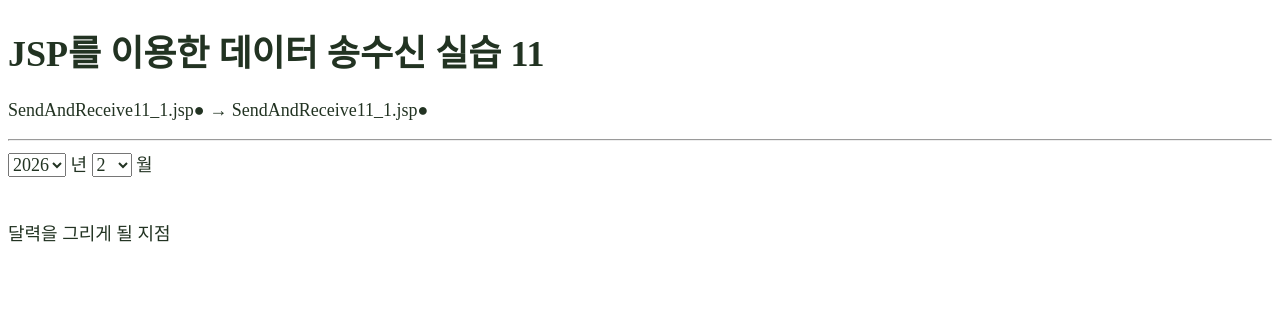
Repository: god5228god/Jsp
Page: http://localhost/WebApp06/SendAndReceive11_1.jsp
The author's editor kept a copy of each file at every save. The page is drawn from the files as they stood at one save, then again after the next save.
The browser window is 1280 px wide. The pictures show the whole page.
The page is served by Tomcat 9.

Above is the page before, as saved 2026-03-04 05:18:00.

### WebApp06/WebContent/SendAndReceive11_1.jsp
<%@ page import="java.util.Calendar" %>
<%@ page contentType="text/html; charset=UTF-8"%>
<%
	// 이전 페이지(SendAndReceive11_1.jsp)로부터 넘어온 데이터 수신
	//-- year, month

	String sYear = request.getParameter("year");
	String sMonth = request.getParameter("month");

	// Calendar 객체 생성
	//java.util.Calendar cal = java.util.Calendar.getInstance();
	Calendar cal = Calendar.getInstance();

	// 현재의 연, 월. 일 확인
	int nowYear = cal.get(Calendar.YEAR);			//-- 2026
	int nowMonth = cal.get(Calendar.MONTH) + 1 ; 	//-- 3
	int nowDay = cal.get(Calendar.DAY_OF_MONTH);	//-- 4

	// 표시할 달력의 연, 월 구성
	// → 페이지 최초 요청을 감안한 코드 처리
	int selectYear = nowYear;
	int selectMonth = nowMonth;

	// 페이지에 대한 요청이 최초 요청이 아닐 경우
	// → 선택한 값(이전 페이지로부터 수신한 값)을 활용한 달력의 연, 월 구성
	if(sYear != null || sMonth !=  null)
	{
		selectYear = Integer.parseInt(sYear);
		selectMonth = Integer.parseInt(sMonth);
	}

	// 테스트
	// out.print("<h1>selectYear: "+ selectYear + "</h1>");
	// out.print("<h1>selectMonth: "+ selectMonth + "</h1>");

	// 확인한 날짜로 연도 select option 구성
	//------------------------------------------------
 	// <option value="2016">2016</option>
	// <option value="2017">2017</option>
	// <option value="2018">2018</option>
	//
	// <option value="2026" selected="selected">2026</option>
	// 				:
	// <option value="2034">2034</option>
	// <option value="2035">2035</option>
	// <option value="2036">2036</option>
	//------------------------------------------------

	String yOption = "";
	for (int year=(selectYear-10); year<=(selectYear+10); year++)	// 2016 ~ 2036
	{
		// 관찰 ⓐ
		// yOption += "<option value='" +year +"'>"+year+"</option>";

		// 관찰 ⓑ
/* 		if(year==nowYear){
			yOption += "<option value='" +year +"' selected='selected'>"+year+"</option>";
		}else{
			yOption += "<option value='" +year +"'>"+year+"</option>";
		} */

		// 상황 1: 페이지 최초 요청일 때 → sYear는 null
		//		   현재의 연도와 옵션 값이 같을 때
		// ==> selected(○)

		// 상황 2: 페이지 최초 요청이 아닐 때 → sYear는 null이 아님
		//		   선택된 연도와 옵션 값이 같을 때
		// ==> selected(○)

		// 상황 3: 나머지
		// ==> selected(×)

		if(sYear==null && year==nowYear)
			yOption += "<option value='" +year +"' selected='selected'>"+year+"</option>";
		else if(sYear!=null && year==Integer.parseInt(sYear))
			yOption += "<option value='" +year +"' selected='selected'>"+year+"</option>";
		else
			yOption += "<option value='" +year +"'>"+year+"</option>";
	}
	// 확인한 날짜로 월 select option 구성
	//------------------------------------------------
 	// <option value="1">1</option>
	// <option value="2">2</option>
	// <option value="3" selected="selected">3</option>
	// 				:
	// <option value="10">10</option>
	// <option value="11">11</option>
	// <option value="12">12</option>
	//------------------------------------------------

	String mOption = "";
	for(int month = 1; month<=12; month++)
	{
		// 상황 1: 페이지 최초 요청일 때 → sMonth는 null
				//		   현재의 월과 옵션 값이 같을 때
				// ==> selected(○)

				// 상황 2: 페이지 최초 요청이 아닐 때 → sMonth는 null이 아님
				//		   선택된 월과 옵션 값이 같을 때
				// ==> selected(○)

				// 상황 3: 나머지
				// ==> selected(×)
		if(sMonth==null && month==nowMonth)
			mOption += "<option value='" +month +"' selected='selected'>"+month+"</option>";
		else if(sMonth!=null && month==Integer.parseInt(sMonth))
			mOption += "<option value='" +month +"' selected='selected'>"+month+"</option>";
		else
			mOption += "<option value='" +month +"'>"+month+"</option>";
	}

	// 그려야 할 달력의 1일이 무슨 요일인지 확인 필요
	// (만년 달력 구조)

	int[] months = {31, 28, 31, 30, 31, 30, 31, 31, 30, 31, 30, 31};	//-- 각 월의 최대 날짜
	if(selectYear%4==0 && selectYear%100!=0 || selectYear%400==0)	//-- 윤년
		months[1] = 29;

	// 총 날 수 누적 변수
	int nalsu;

	// 요일 항목 타이블 배열 구성
	String[] weekNames = {"일요일", "월요일", "화요일", "수요일", "목요일", "금요일", "토요일"};

	// 입력받은 연도 이전 년도까지의 날 수 계산
	nalsu = (selectYear-1)*365 + (selectYear-1)/4 - (selectYear-1)/100 + (selectYear-1)/400;

	// 위 계산 항목에 입력받은 월의 이전 월까지의 날 수 추가
	for(int i=0; i<selectMonth-1; i++){
		nalsu += months[i];
	}

	nalsu++;								//-- + 1 (1일까지의 날짜 합산)

	int week = nalsu%7;						//-- 요일 변수
	int lastDay = months[selectMonth-1];	//-- 해당 월의 마지막 날짜 변수

	// 달력 그리기 ---------------------------------------------------------------------
	String calStr = "";

	calStr += "<table border='1'>";
	calStr += "<tr>";
	for(int i = 0 ; i<weekNames.length;i++)
	{
		// 확인
		calStr += "<th>" + weekNames[i] + "</th>";
	}


	calStr += "</tr>";
	calStr += "</table>";


	//---------------------------------------------------------------------- 달력 그리기

%>
<!DOCTYPE html>
<html>
<head>
<meta charset="UTF-8">
<title>SendAndReceive11_1.jsp</title>
<link rel="stylesheet" type="text/css" href="css/main.css" />
<script type="text/javascript">
	function formCalendar(obj)
	{
		// 유효성 검사가 필요할 경우 삽입할 수 있는 영역
		obj.submit();
		//-- obj → form 객체
	}
</script>
</head>
<body>
<div>
	<h1>JSP를 이용한 데이터 송수신 실습 11</h1>
	<p>SendAndReceive11_1.jsp● → SendAndReceive11_1.jsp●</p>
	<hr />
</div>

<!--
	○ 데이터 송수신 실습

	  - 연도와 월을 입력받아 해당 연월의 달력을 화면에 출력하는 JSP 페이지를 구성한다.

	  - 단, submit 버튼 없이 이벤트 처리를 할 수 있도록 한다.

	  - 전송한 내용을 수신하여 출력해주는 형태의 페이지로 구성한다.

	  - 연도 구성은 현재 연도를 기준으로 이전 10년, 이후 10년으로 구성한다.
	    (기본적으로 만년 달력을 구성하는데, 현재의 연, 월을 달력 객체를 활용할 수 있도록 한다.)

	  - 월 구성은 1월부터 12월까지로 한다.

	  페이지 레이아웃
	  ---------------------------------------------
	   2016			 1
	  	 :			 :
	  [2026 ▼] 년 [ 3 ▼] 월
	  	 :			 :
	   2036			12


	  ----------------------------
	  ---- 해당 년 월의 달력 -----
	  ----------------------------
	  ----------------------------

	  ---------------------------------------------

	  - 연도 select나 월 select의 내용이 변화되면
	    해당 연 월의 달력을 출력하주는 형태의 페이지로 구성한다.

	    - 사용자 최초 요청 주소
	      http://localhost:3306/WebApp06/SendAndReceive11.jsp

	   - 물리적 파일 구성
	     ·SendAndReceive11.jsp

 -->


<!--
	1. submit 액션 처리 → 스크립트 제어

	2. 수신한 데이터에 대한 처리(이전 페이지로부터 데이터 수신)
	   → 연도, 월

	3. Calendar 객체 생성
	   → 현재의 연, 월, 일 확인

	4. 표시할 달력의 연, 월 구성
	   → 페이지 최초 요청을 감안한 코드 처리 필요
	   	  (연도 select, 월 select)

	5. 페이지에 대한 요청이 최초 요청이 아닐 경우
	   → 사용자가 선택한 값을 활용한 달력의 연, 월 구성

	6. 해당 연, 월의 달력 그리기
 -->

<div>
	<!-- ※ form의 action 속성 또는 action 속성값 생략
			→ 요청 페이지/ 전송 데이터의 수신처는 자기 자신
	-->
	<form method="post">
		<select name="year" id="year" onchange="formCalendar(this.form)">

		<!-- 	<option value="9999">9999</option>
			<option value="9998">9998</option>
			<option value="9997">9997</option>
			<option value="9996">9996</option> -->
			<%= yOption %>

		</select> 년
		<select name="month" id="month" onchange="formCalendar(this.form)">
<!-- 			<option value="99">99</option>
			<option value="98">98</option>
			<option value="97">97</option>
			<option value="96">96</option> -->
			<%= mOption %>
		</select> 월
	</form>
</div>
<br><br>

<div>
	달력을 그리게 될 지점
</div>























</body>
</html>

### WebApp06/WebContent/css/main.css
@charset "UTF-8";

*
{
	color: #223322;
	font-family: 나눔고딕코딩;
}

body, p, div, span, input, table, th, td, select
{
	font-size: 18px;
}

.control
{
	border: 1px solid gray;
	border-radius: 3px ;
}

.table
{
	border-collapse: collapse;
	width: 100%;
}

.table th, .table td
{
	border: 1px solid gray;
	border-left: 0;
	border-right: 0;
	padding: 3px;
	line-height: 150%;
}

.table th
{
	font-weight: bold;
	background-color: #eee;
}

.btn
{
	font-weight: bold;
	font-family: 맑은 고딕;

}

.btn:hover
{
	color: #fff;
	background-color: #778877;
}
input[type="text"]:focus
{
	background-color: #dcfccf;
}

After the next save:
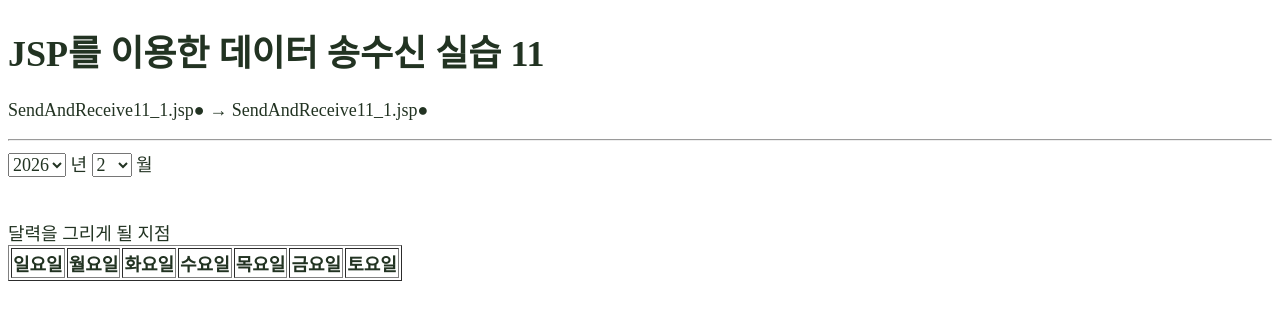
Saved 10 s later.
--- a/WebApp06/WebContent/SendAndReceive11_1.jsp
+++ b/WebApp06/WebContent/SendAndReceive11_1.jsp
@@ -264,6 +264,7 @@
 
 <div>
 	달력을 그리게 될 지점
+	<%= calStr %>
 </div>
 
 
